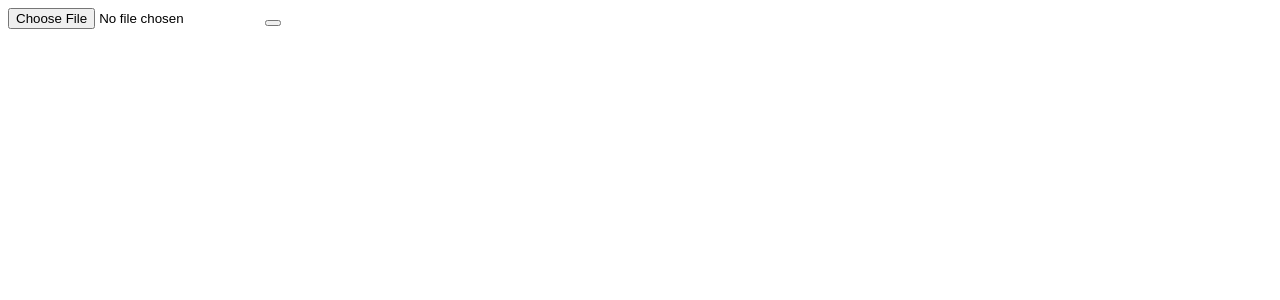
Repository: ysfkel/visison-api-test
Page: index.html
The author's editor kept a copy of each file at every save. The page is drawn from the files as they stood at one save, then again after the next save.
The browser window is 1280 px wide. The pictures show the whole page.

Above is the page before, as saved 2016-12-11 17:50:27.
Console error (its wording comes from the project's code and is left out).

After the next save:
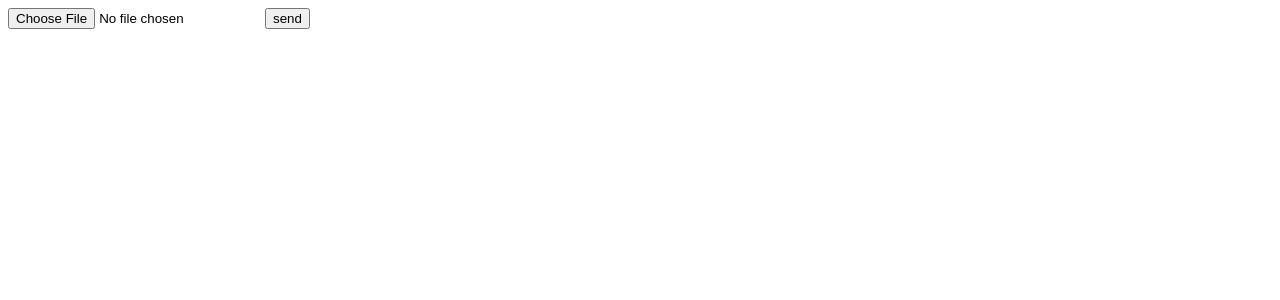
Saved 4 s later.
--- a/index.html
+++ b/index.html
@@ -9,7 +9,7 @@
 
         <form>
                 <input type="file" name="" id="fileinput" value="">
-            <button type="" onclick="send()"></button>
+            <button type="" onclick="send()">send</button>
         </form>
 
 
